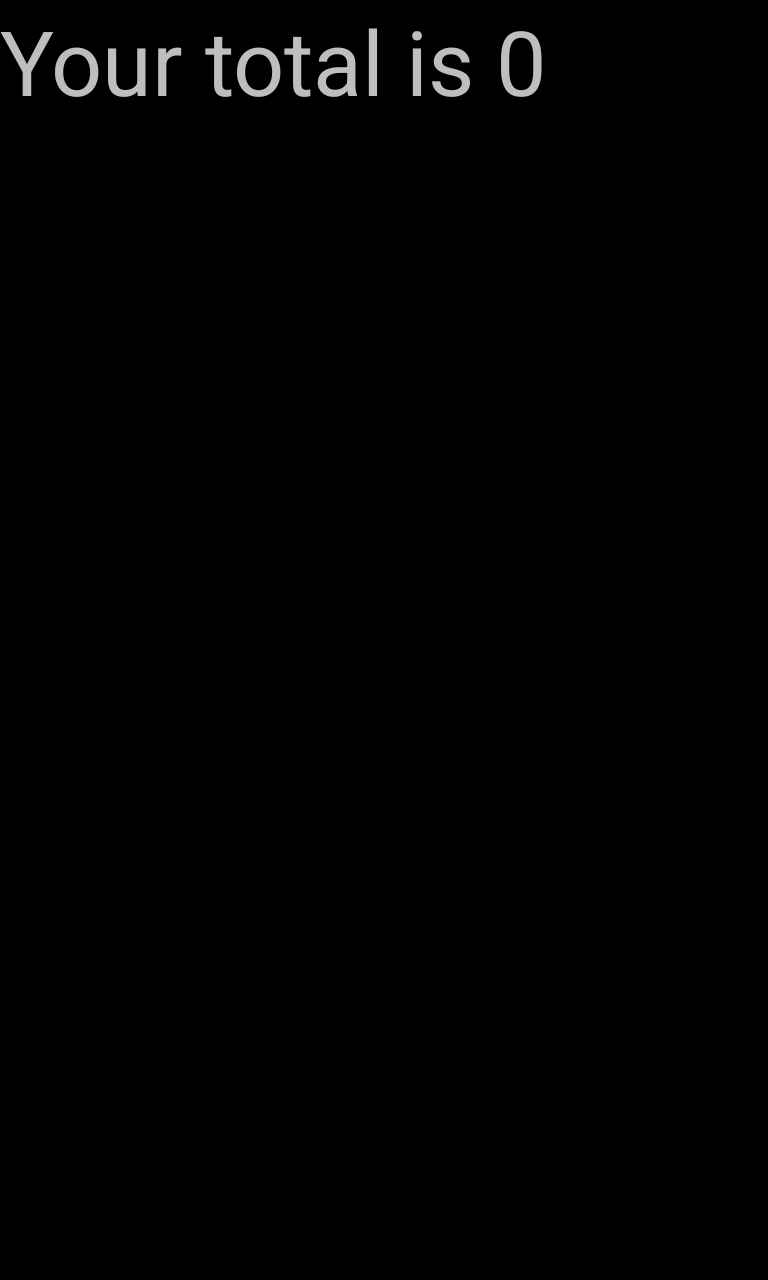
Repository: lcbasu/android
Layout: adt/TheNewBoston/res/layout/activity_starting_point.xml
The author's editor kept a copy of each file at every save. The layout is drawn from the files as they stood at one save, then again after a run of saves.
It is drawn on a 768 x 1280 px phone screen (xhdpi) without system bars, with theme android:Theme; the app's code is not run.

Above is the layout before, as saved 2014-05-18 04:20:08.

After the next 2 saves:
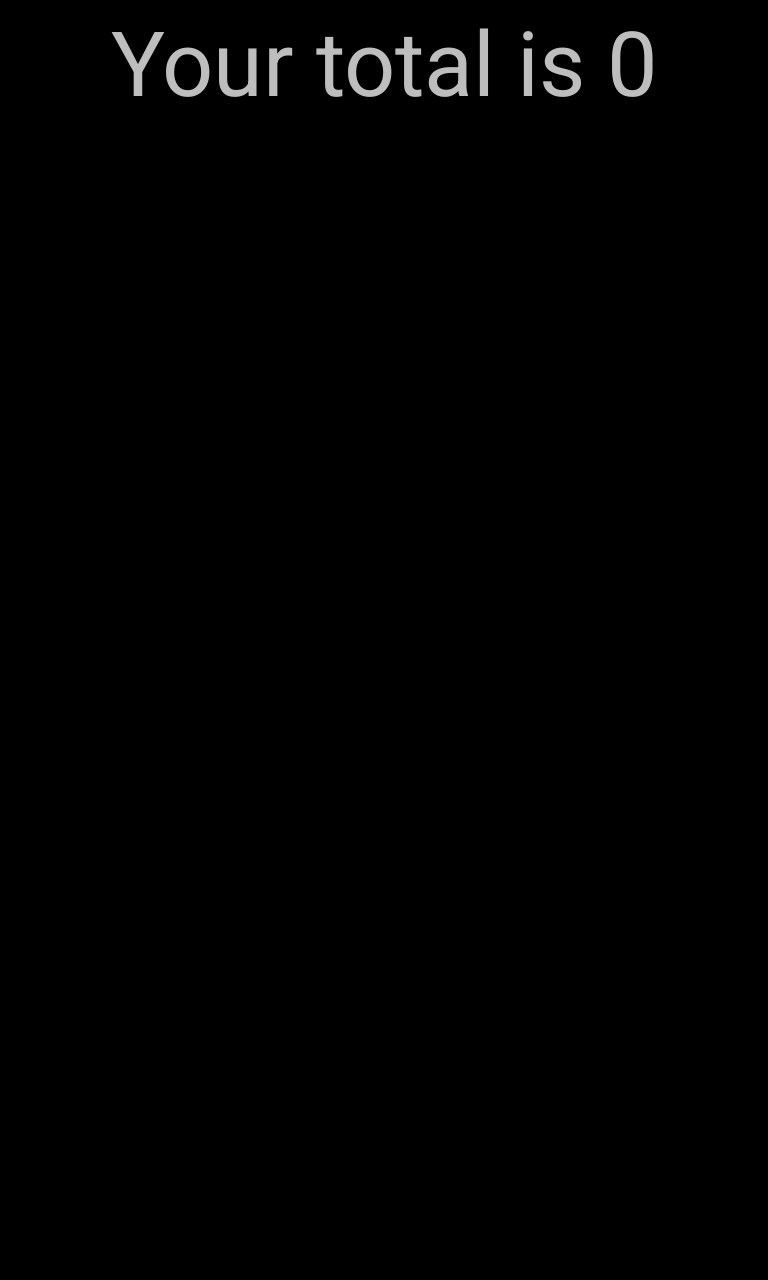
The 2 saves are shown as one change because 1 did not build or start.
The last was saved 6 min 18 s later.
--- a/adt/TheNewBoston/res/layout/activity_starting_point.xml
+++ b/adt/TheNewBoston/res/layout/activity_starting_point.xml
@@ -9,6 +9,7 @@
         android:layout_height="wrap_content"
         android:text="Your total is 0"
         android:textSize="45sp"
-        android:layout_gravity="center" />
+        android:layout_gravity="center"
+        android:gravity="center" />
 
 </LinearLayout>
